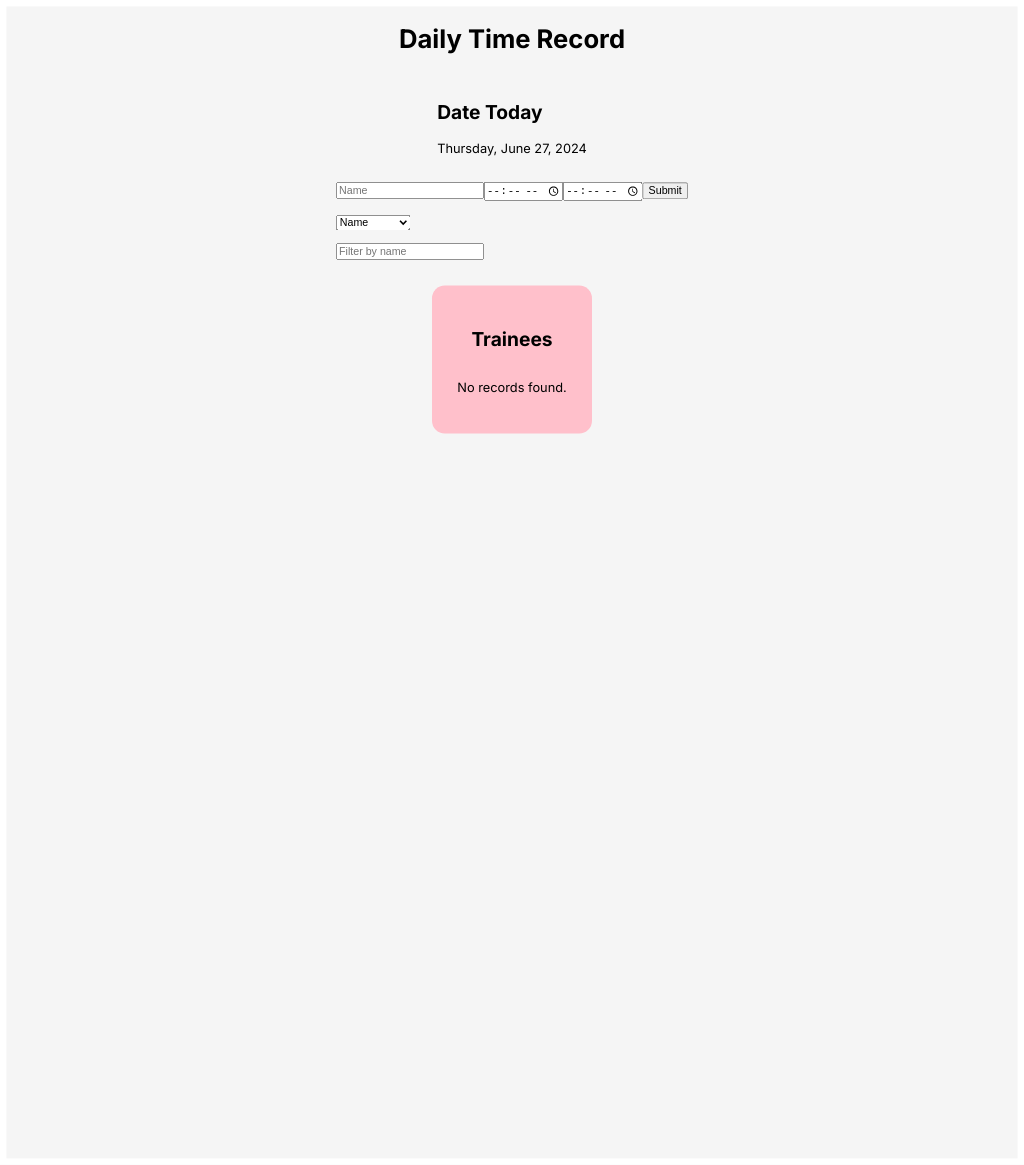
Repository: EeeeeEyyyy/daily_time_record
Page: /
The author's editor kept a copy of each file at every save. The page is drawn from the files as they stood at one save, then again after the next save.
The browser window is 1280 px wide. The pictures show the whole page, at 80% of full size.
The project was rebuilt for these pictures with package versions that can differ from the ones it lists, and the page was loaded fresh each time. The framework's server and built-in components were replaced by stand-ins that run in the browser. Also part of the build but not shown: next.config.mjs, src/app/globals.css.

Above is the page before, as saved 2024-06-27 15:28:06.

### src/app/layout.js
import { Inter } from "next/font/google";
import "./globals.css";

const inter = Inter({ subsets: ["latin"] });

export const metadata = {
  title: "Daily Time Record",
  description: "Generated by create next app",
};

export default function RootLayout({ children }) {
  return (
    <html lang="en">
      <body className={inter.className}>{children}</body>
    </html>
  );
}

### src/app/page.js
"use client";
import React, { useEffect, useState } from 'react';
import styles from './page.module.css';
const DailyTimeRecord = () => {
  const [data, setData] = useState([]);
  const [name, setName] = useState('');
  const [arrivalTime, setArrivalTime] = useState('');
  const [timeOut, setTimeOut] = useState('');
  const [date, setDate] = useState('');
  const [errors, setErrors] = useState({ name: '', arrivalTime: '', timeOut: '' });
  const [filter, setFilter] = useState('');
  const [filterType, setFilterType] = useState('name');
  const [editIndex, setEditIndex] = useState(null);
  useEffect(() => {
    const storedData = JSON.parse(localStorage.getItem('user')) || [];
    setData(storedData);
    setDate(getCurrentDate());
  }, []);
  const getCurrentDate = () => {
    const now = new Date();
    return now.toLocaleDateString('en-US', {
      weekday: 'long',
      year: 'numeric',
      month: 'long',
      day: 'numeric'
    });
  };
  const formatTimeForInput = (time) => {
    const date = new Date();
    const [hours, minutes] = time.split(':');
    date.setHours(hours);
    date.setMinutes(minutes);
    return date.toTimeString().slice(0, 5);
  };
  const handleChangeName = (value) => {
    setName(value);
  };
  const handleChangeArrivalTime = (value) => {
    setArrivalTime(value);
  };
  const handleChangeTimeOut = (value) => {
    setTimeOut(value);
  };
  const handleSubmit = () => {
    const newErrors = {
      name: name ? '' : 'Name is required',
      arrivalTime: arrivalTime ? '' : 'Arrival time is required',
      timeOut: timeOut ? '' : 'Time out is required'
    };
    if (newErrors.name || newErrors.arrivalTime || newErrors.timeOut) {
      setErrors(newErrors);
      return;
    }
    const payload = {
      name,
      date,
      arrivalTime: formatTimeForInput(arrivalTime),
      timeOut: formatTimeForInput(timeOut)
    };
    if (editIndex !== null) {
      const updatedData = data.map((item, index) =>
        index === editIndex ? payload : item
      );
      setData(updatedData);
      localStorage.setItem('user', JSON.stringify(updatedData));
      setEditIndex(null);
    } else {
      const updatedData = [...data, payload];
      setData(updatedData);
      localStorage.setItem('user', JSON.stringify(updatedData));
    }
    setName('');
    setArrivalTime('');
    setTimeOut('');
    setErrors({ name: '', arrivalTime: '', timeOut: '' });
  };
  const handleDelete = (index) => {
    const updatedData = data.filter((_, i) => i !== index);
    setData(updatedData);
    localStorage.setItem('user', JSON.stringify(updatedData));
  };
  const handleEdit = (index) => {
    const record = data[index];
    setName(record.name);
    setArrivalTime(record.arrivalTime);
    setTimeOut(record.timeOut);
    setEditIndex(index);
  };
  const handleFilterChange = (e) => {
    setFilter(e.target.value);
  };
  const handleFilterTypeChange = (e) => {
    setFilterType(e.target.value);
  };
  const filteredData = data.filter((item) => {
    const searchTerm = filter.toLowerCase();
    if (filterType === 'name') {
      return item.name.toLowerCase().includes(searchTerm);
    } else if (filterType === 'date') {
      return item.date.toLowerCase().includes(searchTerm);
    } else if (filterType === 'arrivalTime') {
      return item.arrivalTime.toLowerCase().includes(searchTerm);
    } else if (filterType === 'timeOut') {
      return item.timeOut.toLowerCase().includes(searchTerm);
    }
    return false;
  });
  return (
    <div className={styles.main}>
              <h1>Daily Time Record</h1>
      <div className={styles.date}>
        <h2>Date Today</h2>
        <p>{date}</p>
      </div>
<div>
        <input
        type="text"
        placeholder="Name"
        value={name}
        onChange={(e) => handleChangeName(e.target.value)}
      />
      {errors.name && <p style={{ color: 'red' }}>{errors.name}</p>}
      <input
        type="time"
        placeholder="Time of Arrival"
        value={arrivalTime}
        onChange={(e) => handleChangeArrivalTime(e.target.value)}
      />
      {errors.arrivalTime && <p style={{ color: 'red' }}>{errors.arrivalTime}</p>}
      <input
        type="time"
        placeholder="Time Out"
        value={timeOut}
        onChange={(e) => handleChangeTimeOut(e.target.value)}
      />
      {errors.timeOut && <p style={{ color: 'red' }}>{errors.timeOut}</p>}
      <button onClick={handleSubmit}>
        {editIndex !== null ? 'Update' : 'Submit'}
      </button>
      <div style={{ marginTop: '1rem' }}>
        <select value={filterType} onChange={handleFilterTypeChange}>
          <option value="name">Name</option>
          <option value="date">Date</option>
          <option value="arrivalTime">Arrival Time</option>
          <option value="timeOut">Time Out</option>
        </select>
        <input
          type="text"
          placeholder={`Filter by ${filterType}`}
          value={filter}
          onChange={handleFilterChange}
          style={{ display: 'block', marginTop: '1rem' }}
        />
      </div>
</div>
      <div className={styles.trainees_m}style={{ marginTop: '1rem' }}>
        <h2>Trainees</h2>
        {filteredData.length > 0 ? (
          filteredData.map((item, index) => (
            <div className={styles.trainees} key={index} style={{ marginBottom: '1rem' }}>
         <div className={styles.details}>
               <pre >
                <span className={styles.details_b}>Name:</span> {item.name}<br />
                <span className={styles.details_b}>Date:</span> {item.date}<br />
                <span className={styles.details_b}>Time of Arrival:</span> {item.arrivalTime}<br />
                <span className={styles.details_b}>Time Out:</span> {item.timeOut}
              </pre>
         </div>
             <div className={styles.button_e_d}> <button onClick={() => handleEdit(index)}>Edit</button>
              <button onClick={() => handleDelete(index)}>Delete</button></div>
            </div>
          ))
        ) : (
          <p>No records found.</p>
        )}
      </div>
    </div>
  );
};
export default DailyTimeRecord;

### src/app/page.module.css
.main{
    background-color: #f5f5f5;
    height: 200vh;
    display:flex;
    flex-direction:column;
    align-items:center;
    gap:1rem;
}
.trainees_m{
border-radius:1rem;
background:pink;
padding:2rem;
margin:2rem;
display:flex ;
flex-direction:column;
align-items: center;
}
.trainees{
    display: flex;
    flex-direction: row;
    justify-content:space-between;
    background: rgba( 255, 255, 255, 0.25 );
box-shadow: 0 8px 32px 0 rgba( 31, 38, 135, 0.37 );
backdrop-filter: blur( 4px );
-webkit-backdrop-filter: blur( 4px );
border-radius: 1rem;
border: 1px solid rgba( 255, 255, 255, 0.18 );
    margin:1rem 2rem;
    padding: 1rem 2.5rem;
    width:30rem;
}
.details_b{
    font-weight: bold;
}
.button_e_d{
    display: flex;
    flex-direction: row;
    justify-content:center;
    gap:1rem;
    height:2rem;
    align-items: center;
    padding-top:1.8rem;

}

After the next save:
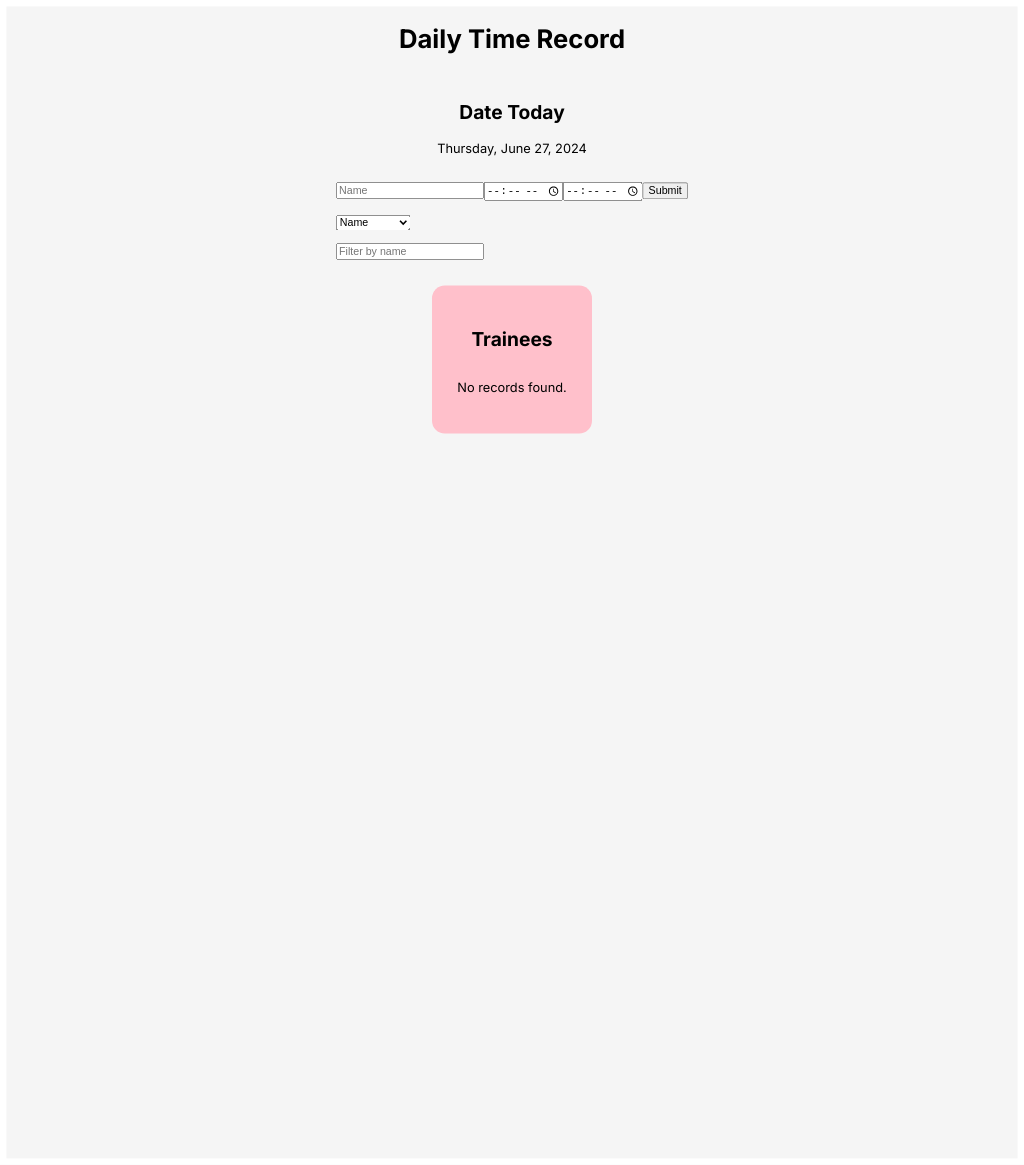
Saved 15 s later.
--- a/src/app/page.module.css
+++ b/src/app/page.module.css
@@ -42,3 +42,6 @@
     padding-top:1.8rem;
 
 }
+.date{
+    text-align: center;
+}
